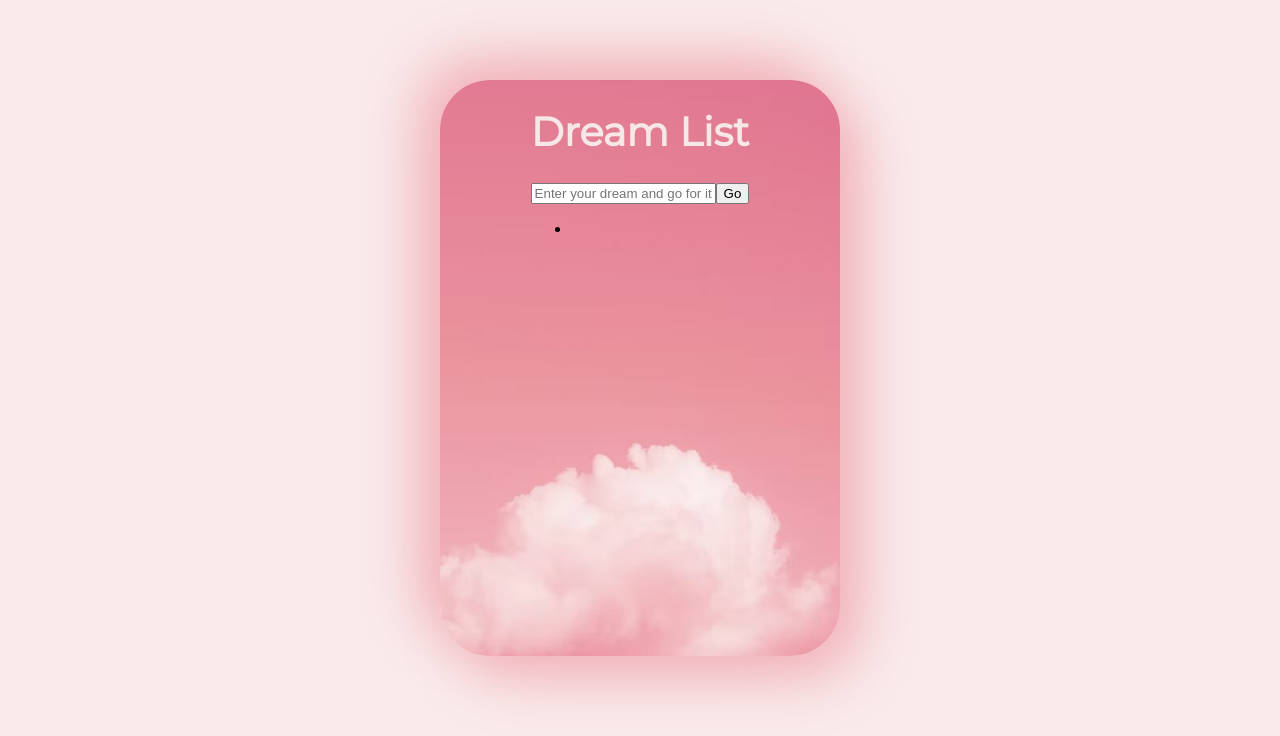
Repository: asya-aisa/grocery-list
Page: /, after clicking the first element matching `button`
These files come from the project's save history. The page is drawn as it stood at one moment and after the next save; the edit follows.
The browser window is 1280 px wide. The pictures show the whole page.
The project was rebuilt for these pictures with package versions that can differ from the ones it lists, and the page was loaded fresh each time.

Above is the page before, as saved 2023-07-14 15:58:02.

After the next save:
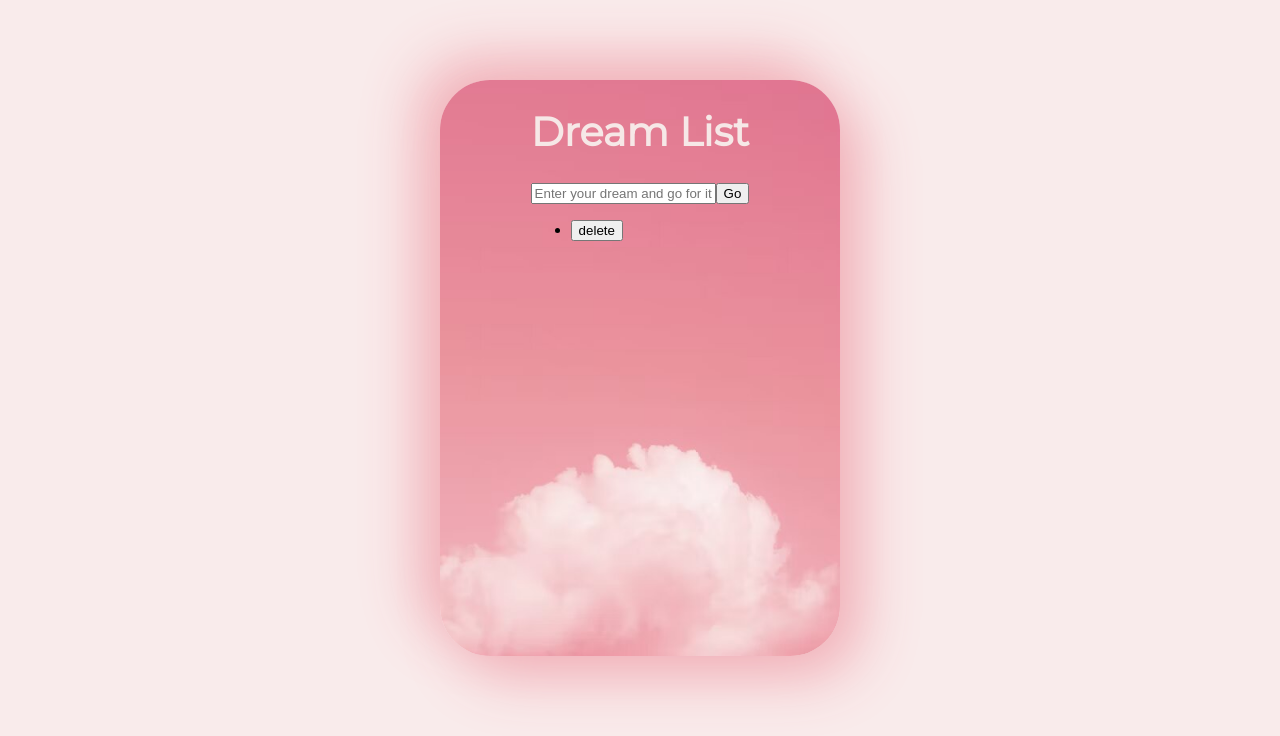
Saved 6 s later.
--- a/src/DreamList.js
+++ b/src/DreamList.js
@@ -39,7 +39,7 @@ export class DreamList extends Component {
                 {this.state.dreamList.map((item, index) => (
                     <li key={index}>
                         {item}
-                        {/* <button onClick={() => this.DeleteItem(index)}>delete</button> */}
+                        <button onClick={() => this.DeleteItem(index)}>delete</button>
                     </li>
                 ))}
             </ul>
